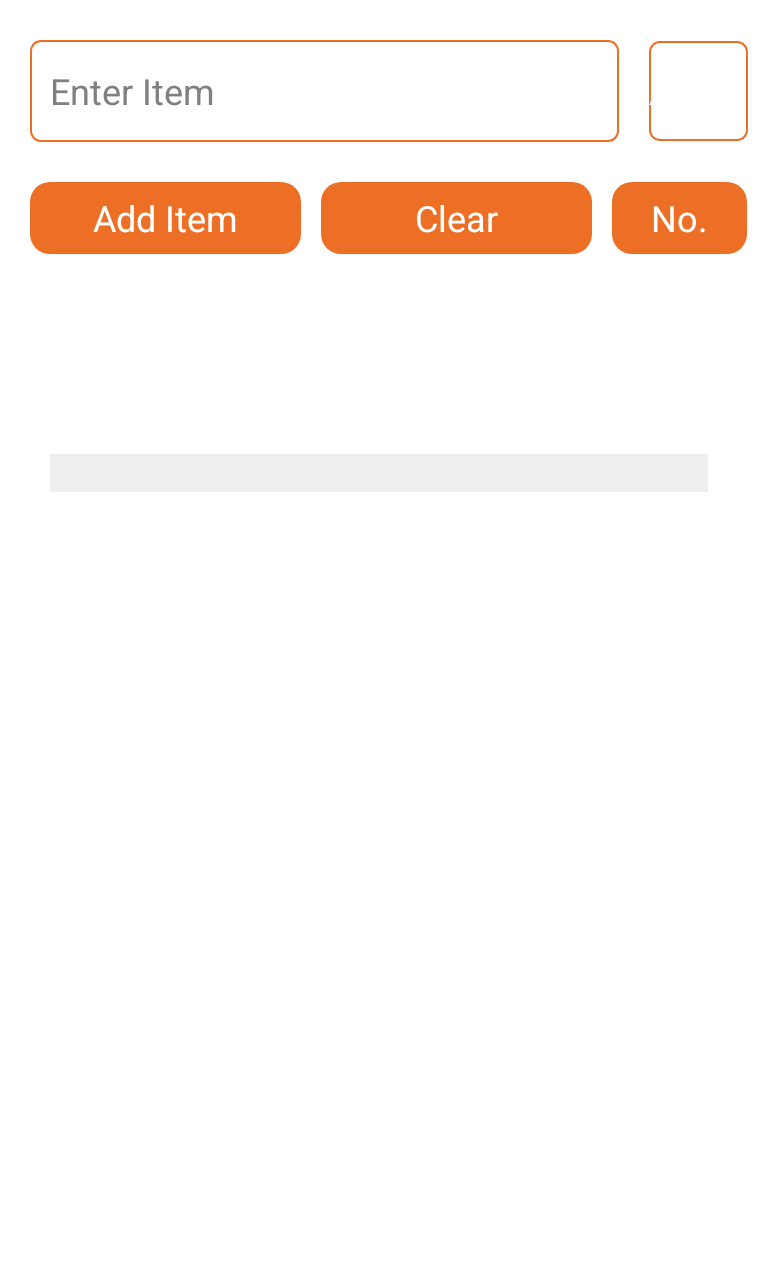
Repository: ianDervan/FYP_ShopSmart
Layout: FYP/ShopSmart/res/layout/activity_shopping_list.xml
These files come from the project's save history. The layout is drawn as it stood at one moment and after the next save; the edit follows.
It is drawn on a 768 x 1280 px phone screen (xhdpi) without system bars, with theme AppTheme; the app's code is not run.

Above is the layout before, as saved 2015-01-16 21:04:48.

After the next save:
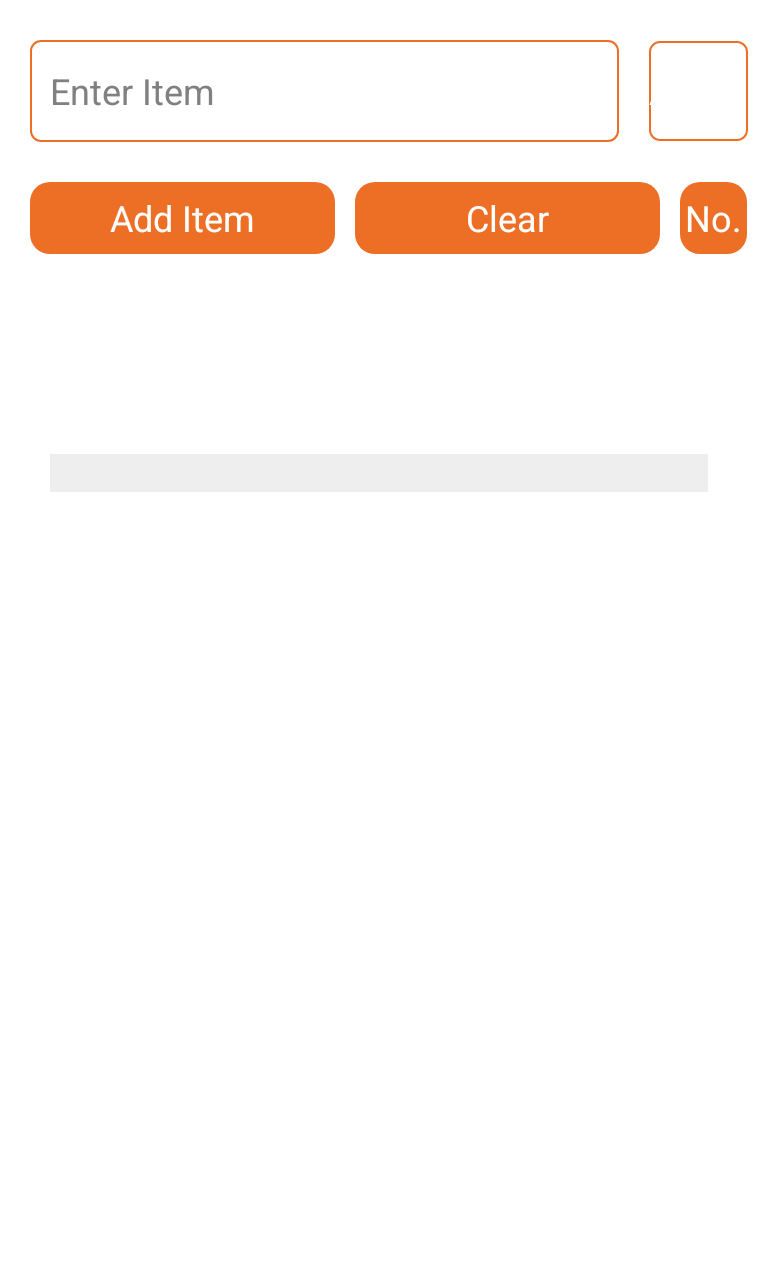
Saved 86 s later.
--- a/FYP/ShopSmart/res/layout/activity_shopping_list.xml
+++ b/FYP/ShopSmart/res/layout/activity_shopping_list.xml
@@ -46,7 +46,7 @@
             android:layout_width="0dp"
             android:layout_height="36dp"
             android:layout_marginTop="10dp"
-            android:layout_weight="0.4"
+            android:layout_weight="0.45"
             android:background="@drawable/custombutton_lr"
             android:text="Add Item"
             android:textColor="#FFFFFF" />
@@ -55,7 +55,7 @@
             android:id="@+id/Button01"
             android:layout_width="0dp"
             android:layout_height="36dp"
-            android:layout_weight="0.4"
+            android:layout_weight="0.45"
             android:layout_marginLeft="10dp"
             android:layout_marginTop="10dp"
             android:background="@drawable/custombutton_lr"
@@ -66,7 +66,7 @@
             android:id="@+id/btn_2"
             android:layout_width="0dp"
             android:layout_height="36dp"
-            android:layout_weight="0.2"
+            android:layout_weight="0.1"
             android:layout_marginLeft="10dp"
             android:layout_marginTop="10dp"
             android:background="@drawable/custombutton_lr"
